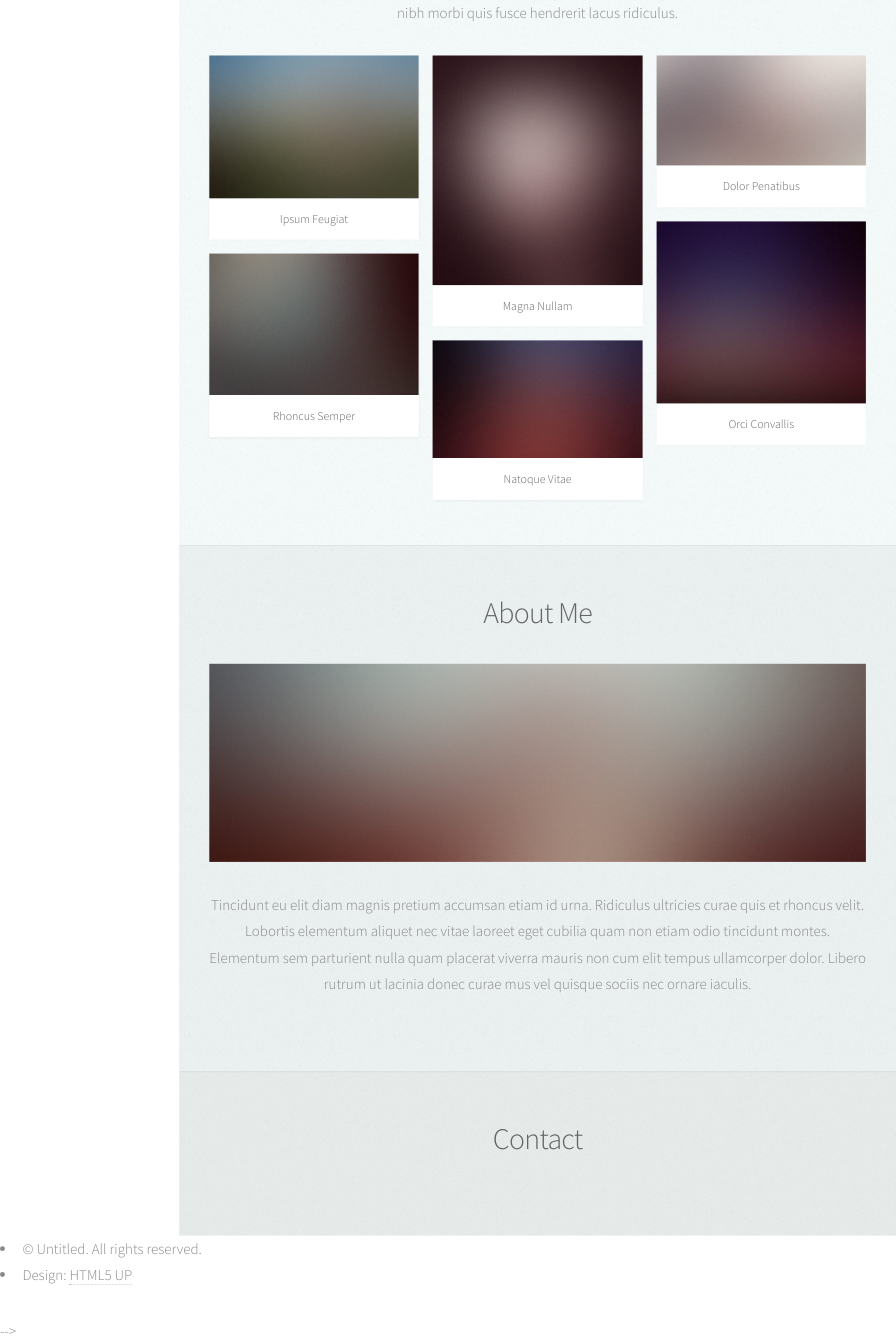
Repository: IslamInjila/new_portfolio
Page: index.html
An editor plug-in stored every save of this project. The page is shown before and after the next save, followed by the edit.
The browser window is 1280 px wide. The pictures show the part of the page from y = 795 to 2715 px (the page is 2715 px tall before and 2680 px after), at 70% of full size.

Above is the page before, as saved 2021-03-06 14:08:29.

### index.html
<!DOCTYPE HTML>
<!--
	Prologue by HTML5 UP
	html5up.net | @ajlkn
	Free for personal and commercial use under the CCA 3.0 license (html5up.net/license)
-->
<html>
	<head>
		<title>Prologue by HTML5 UP</title>
		<meta charset="utf-8" />
		<meta name="viewport" content="width=device-width, initial-scale=1, user-scalable=no" />
		<link rel="stylesheet" href="assets/css/main.css" />
	</head>
	<body class="is-preload">

		<!-- Header -->
			<div id="header">

				<div class="top">

					<!-- Logo -->
						<div id="logo">
							<span class="image avatar48"><img src="images/avatar.jpg" alt="" /></span>
							<h1 id="title">Injila Islam</h1>
							<p>Hyperspace Engineer</p>
						</div>

					<!-- Nav -->
						<nav id="nav">
							<ul>
								<li><a href="#top" id="top-link"><span class="icon solid fa-home">Intro</span></a></li>
								<li><a href="#portfolio" id="portfolio-link"><span class="icon solid fa-th">Portfolio</span></a></li>
								<li><a href="#about" id="about-link"><span class="icon solid fa-user">About Me</span></a></li>
								<li><a href="#contact" id="contact-link"><span class="icon solid fa-envelope">Contact</span></a></li>
							</ul>
						</nav>

				</div>

				<div class="bottom">

					<!-- Social Icons -->
						<ul class="icons">
							<li><a href="#" class="icon brands fa-twitter"><span class="label">Twitter</span></a></li>
							<li><a href="#" class="icon brands fa-facebook-f"><span class="label">Facebook</span></a></li>
							<li><a href="#" class="icon brands fa-github"><span class="label">Github</span></a></li>
							<li><a href="#" class="icon brands fa-dribbble"><span class="label">Dribbble</span></a></li>
							<li><a href="#" class="icon solid fa-envelope"><span class="label">Email</span></a></li>
						</ul>

				</div>

			</div>

		<!-- Main -->
			<div id="main">

				<!-- Intro -->
					<section id="top" class="one dark cover">
						<div class="container">

							<header>
								<h2 class="alt">Hi! I'm <strong>Prologue</strong>, a <a href="http://html5up.net/license">free</a> responsive<br />
								site template designed by <a href="http://html5up.net">HTML5 UP</a>.</h2>
								<p>Ligula scelerisque justo sem accumsan diam quis<br />
								vitae natoque dictum sollicitudin elementum.</p>
							</header>

							<footer>
								<a href="#portfolio" class="button scrolly">Magna Aliquam</a>
							</footer>

						</div>
					</section>

				<!-- Portfolio -->
					<section id="portfolio" class="two">
						<div class="container">

							<header>
								<h2>Portfolio</h2>
							</header>

							<p>Vitae natoque dictum etiam semper magnis enim feugiat convallis convallis
							egestas rhoncus ridiculus in quis risus amet curabitur tempor orci penatibus.
							Tellus erat mauris ipsum fermentum etiam vivamus eget. Nunc nibh morbi quis
							fusce hendrerit lacus ridiculus.</p>

							<div class="row">
								<div class="col-4 col-12-mobile">
									<article class="item">
										<a href="#" class="image fit"><img src="images/pic02.jpg" alt="" /></a>
										<header>
											<h3>Ipsum Feugiat</h3>
										</header>
									</article>
									<article class="item">
										<a href="#" class="image fit"><img src="images/pic03.jpg" alt="" /></a>
										<header>
											<h3>Rhoncus Semper</h3>
										</header>
									</article>
								</div>
								<div class="col-4 col-12-mobile">
									<article class="item">
										<a href="#" class="image fit"><img src="images/pic04.jpg" alt="" /></a>
										<header>
											<h3>Magna Nullam</h3>
										</header>
									</article>
									<article class="item">
										<a href="#" class="image fit"><img src="images/pic05.jpg" alt="" /></a>
										<header>
											<h3>Natoque Vitae</h3>
										</header>
									</article>
								</div>
								<div class="col-4 col-12-mobile">
									<article class="item">
										<a href="#" class="image fit"><img src="images/pic06.jpg" alt="" /></a>
										<header>
											<h3>Dolor Penatibus</h3>
										</header>
									</article>
									<article class="item">
										<a href="#" class="image fit"><img src="images/pic07.jpg" alt="" /></a>
										<header>
											<h3>Orci Convallis</h3>
										</header>
									</article>
								</div>
							</div>

						</div>
					</section>

				<!-- About Me -->
					<section id="about" class="three">
						<div class="container">

							<header>
								<h2>About Me</h2>
							</header>

							<a href="#" class="image featured"><img src="images/pic08.jpg" alt="" /></a>

							<p>Tincidunt eu elit diam magnis pretium accumsan etiam id urna. Ridiculus
							ultricies curae quis et rhoncus velit. Lobortis elementum aliquet nec vitae
							laoreet eget cubilia quam non etiam odio tincidunt montes. Elementum sem
							parturient nulla quam placerat viverra mauris non cum elit tempus ullamcorper
							dolor. Libero rutrum ut lacinia donec curae mus vel quisque sociis nec
							ornare iaculis.</p>

						</div>
					</section>

				<!-- Contact -->
					<section id="contact" class="four">
						<div class="container">

							<header>
								<h2>Contact</h2>
							</header>

							<!-- <p>Elementum sem parturient nulla quam placerat viverra
							mauris non cum elit tempus ullamcorper dolor. Libero rutrum ut lacinia
							donec curae mus. Eleifend id porttitor ac ultricies lobortis sem nunc
							orci ridiculus faucibus a consectetur. Porttitor curae mauris urna mi dolor.</p> -->
<!--
							<form method="post" action="#">
								<div class="row">
									<div class="col-6 col-12-mobile"><input type="text" name="name" placeholder="Name" /></div>
									<div class="col-6 col-12-mobile"><input type="text" name="email" placeholder="Email" /></div>
									<div class="col-12">
										<textarea name="message" placeholder="Message"></textarea>
									</div>
									<div class="col-12">
										<input type="submit" value="Send Message" />
									</div>
								</div>
							</form> -->

						</div>
					</section>

			</div>

		<!-- Footer -->
			<!-- <div id="footer">

				<!-- Copyright -->
					<ul class="copyright">
						<li>&copy; Untitled. All rights reserved.</li><li>Design: <a href="http://html5up.net">HTML5 UP</a></li>
					</ul>

			</div> -->

		<!-- Scripts -->
			<script src="assets/js/jquery.min.js"></script>
			<script src="assets/js/jquery.scrolly.min.js"></script>
			<script src="assets/js/jquery.scrollex.min.js"></script>
			<script src="assets/js/browser.min.js"></script>
			<script src="assets/js/breakpoints.min.js"></script>
			<script src="assets/js/util.js"></script>
			<script src="assets/js/main.js"></script>

	</body>
</html>

Loaded but not shown: assets/js/jquery.min.js (library); assets/js/jquery.scrolly.min.js (common file); assets/js/jquery.scrollex.min.js (common file); assets/js/browser.min.js (common file); assets/js/breakpoints.min.js (common file); assets/css/fontawesome-all.min.css (library); assets/js/util.js (587 lines, source omitted); assets/js/main.js (123 lines, source omitted); assets/css/main.css (2633 lines, source omitted)

After the next save:
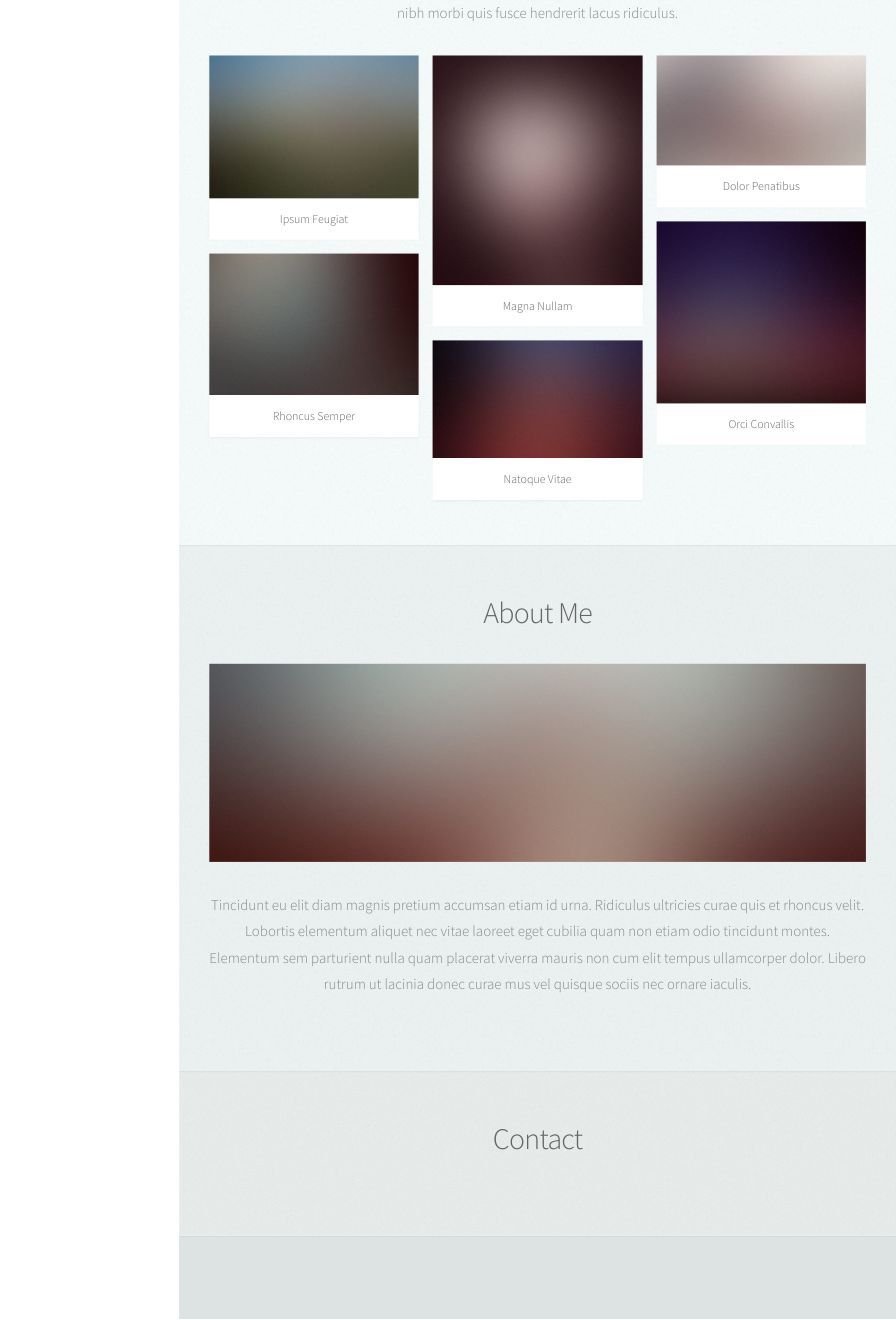
Saved 12 s later.
--- a/index.html
+++ b/index.html
@@ -186,14 +186,14 @@
 			</div>
 
 		<!-- Footer -->
-			<!-- <div id="footer">
+			<div id="footer">
 
 				<!-- Copyright -->
-					<ul class="copyright">
+					<!-- <ul class="copyright">
 						<li>&copy; Untitled. All rights reserved.</li><li>Design: <a href="http://html5up.net">HTML5 UP</a></li>
-					</ul>
-
-			</div> -->
+					</ul> -->
+
+			</div>
 
 		<!-- Scripts -->
 			<script src="assets/js/jquery.min.js"></script>
